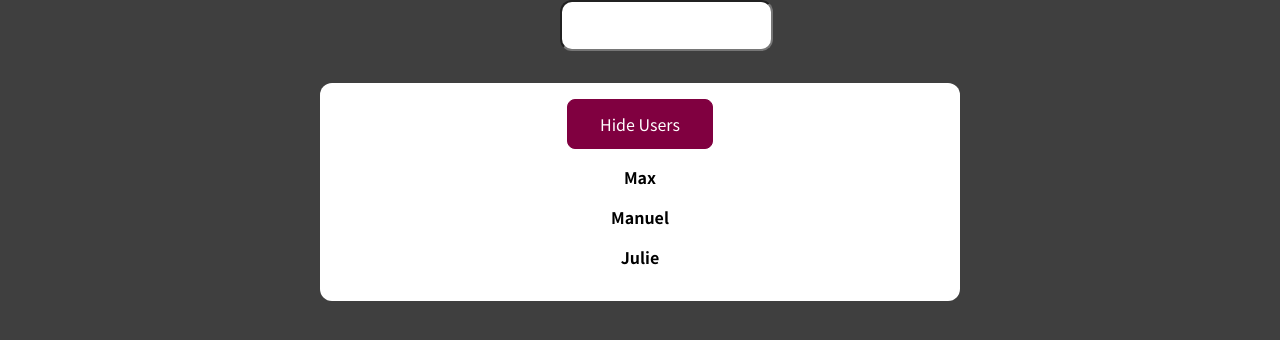
Repository: prathmeshgodbole/React-Class-Based
Page: /
An editor plug-in stored every save of this project. The page is shown before and after the next save, followed by the edit.
The browser window is 1280 px wide. The pictures show the whole page.
The project was rebuilt for these pictures with package versions that can differ from the ones it lists, and the page was loaded fresh each time.

Above is the page before, as saved 2021-07-15 15:25:22.

### src/App.js
import UserFinder from './components/UserFinder';
// import Users from './components/Users';

function App() {
  return (
    <div>
    <UserFinder/>
    </div>
  );
}

export default App;

### src/components/UserFinder.js
import { Fragment, useState, useEffect } from 'react';
import classes from './UserFinder.module.css'
import Users from './Users';

const DUMMY_USERS = [
  { id: "u1", name: "Max" },
  { id: "u2", name: "Manuel" },
  { id: "u3", name: "Julie" },
];

const UserFinder = () => {
  const [filteredUsers, setFilteredUsers] = useState(DUMMY_USERS);
  const [searchTerm, setSearchTerm] = useState('');

  useEffect(() => {
    setFilteredUsers(
      DUMMY_USERS.filter((user) => user.name.includes(searchTerm))
    );
  }, [searchTerm]);

  const searchChangeHandler = (event) => {
    setSearchTerm(event.target.value);
  };

  return (
    <Fragment >
      <input className={classes.finder} type='search' onChange={searchChangeHandler} />
      <Users users={filteredUsers} />
    </Fragment>
  );
};

export default UserFinder;

### src/components/UserFinder.module.css
.finder {
    margin-left: 42em;
    /* margin: 2rem auto; */
    background-color: white;
    padding: 1rem;
    border-radius: 12px;
    max-width: 40rem;
    text-align: center;
}

### src/components/Users.js
import { Component } from "react";
import User from "./User";

import classes from "./Users.module.css";


class Users extends Component {
  constructor() {
    super();
    this.state = {
      showUsers: true,
    };
  }

  toggleUsersHandler() {
    this.setState((curState) => {
      return{
        showUsers:!curState.showUsers
      };
    });
  }

  render() {
    const usersList = (
    <ul>
      {this.props.users.map((user) => (
        <User key={user.id} name={user.name} />
      ))}
    </ul>
  );
    return (
      <div className={classes.users}>
        <button onClick={this.toggleUsersHandler.bind(this)}>
          {this.state.showUsers ? "Hide" : "Show"} Users
        </button>
        {this.state.showUsers && usersList}
      </div>
    );
  }
}

// const Users = () => {
//   const [showUsers, setShowUsers] = useState(true);

//   const toggleUsersHandler = () => {
//     setShowUsers((curState) => !curState);
//   };

  // const usersList = (
  //   <ul>
  //     {DUMMY_USERS.map((user) => (
  //       <User key={user.id} name={user.name} />
  //     ))}
  //   </ul>
  // );

  // return (
  //   <div className={classes.users}>
  //     <button onClick={toggleUsersHandler}>
  //       {showUsers ? 'Hide' : 'Show'} Users
  //     </button>
  //     {showUsers && usersList}
  //   </div>
  // );
// };

export default Users;

### src/components/User.js
import React,{Component} from 'react';
import classes from './User.module.css';


class User extends Component{
  render(){
    return <li className={classes.user}>{this.props.name}</li>;
  }
}

// const User = (props) => {
//   return <li className={classes.user}>{props.name}</li>;
// };

export default User;

Loaded but not shown: public/index.html (common file); src/index.js (common file); src/index.css (common file); src/components/Users.module.css (common file); src/components/User.module.css (common file)

After the next save:
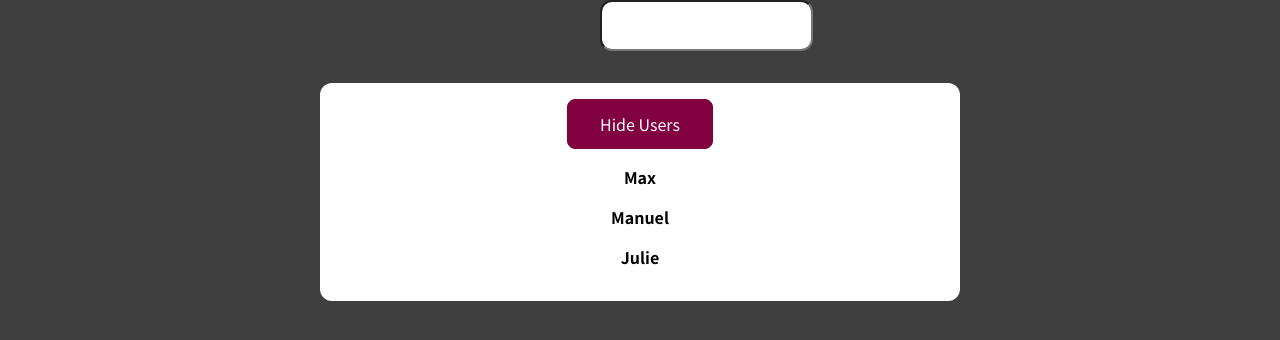
Saved 17 s later.
--- a/src/components/UserFinder.module.css
+++ b/src/components/UserFinder.module.css
@@ -1,5 +1,5 @@
 .finder {
-    margin-left: 42em;
+    margin-left: 45em;
     /* margin: 2rem auto; */
     background-color: white;
     padding: 1rem;
